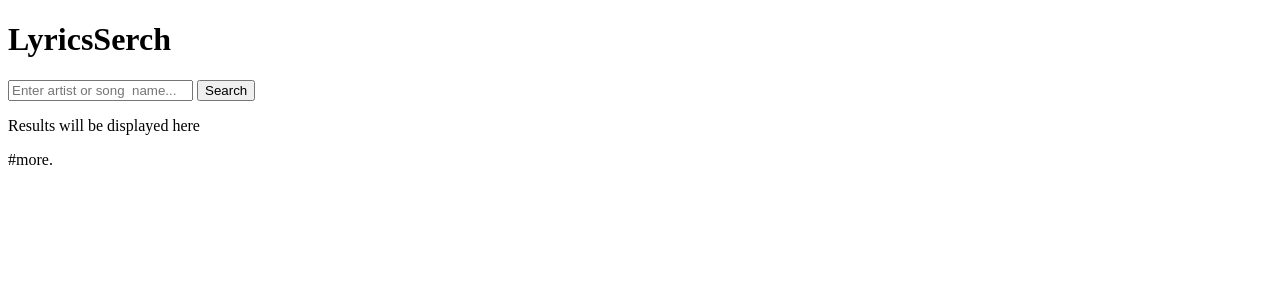
Repository: Pancerzaba/LyricsSearchApp
Page: index.html
The author's editor kept a copy of each file at every save. The page is drawn from the files as they stood at one save, then again after the next save.
The browser window is 1280 px wide. The pictures show the whole page.

Above is the page before, as saved 2020-09-12 14:52:15.

After the next save:
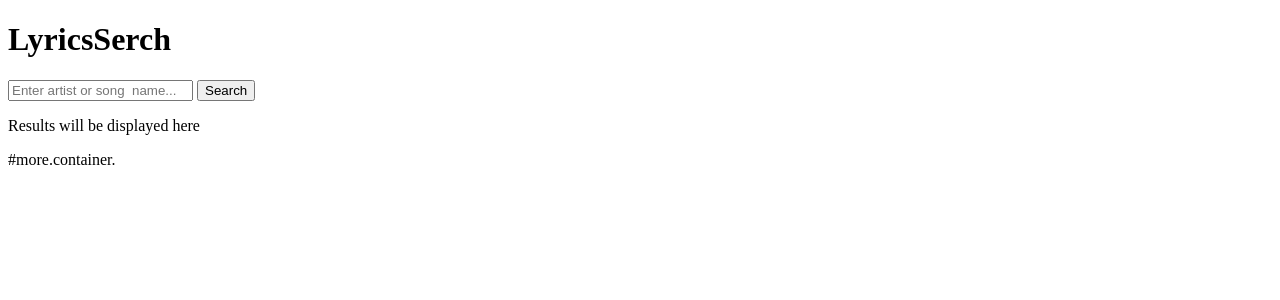
Saved 5 s later.
--- a/index.html
+++ b/index.html
@@ -19,7 +19,7 @@
         <p>Results will be displayed here</p>
     </div>
 
-    #more.
+    #more.container.
 
     <script src="script.js"></script>
 </body>
